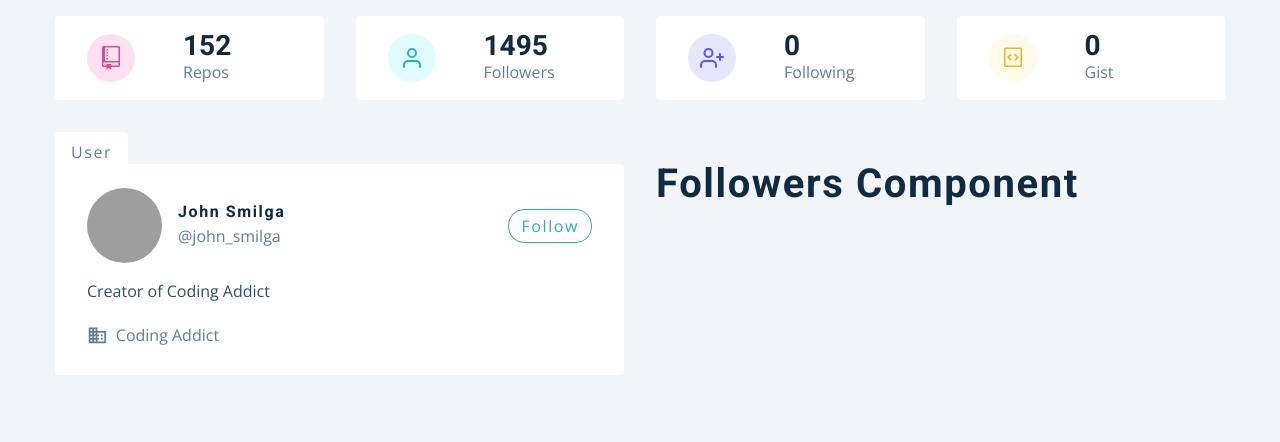
Repository: MateuszWorek/react-search-github-users
Page: /
The author's editor kept a copy of each file at every save. The page is drawn from the files as they stood at one save, then again after the next save.
The browser window is 1280 px wide. The pictures show the whole page.
Pictures or frames that could not be fetched are drawn as grey boxes. The project was rebuilt for these pictures with package versions that can differ from the ones it lists, and the page was loaded fresh each time. Also part of the build but not shown: src/components/Charts/ExampleChart.js, src/components/Charts/Column3D.js, src/components/Charts/Bar3D.js, src/components/Charts/Pie3D.js, src/components/Charts/Doughnut2d.js, src/components/Charts/index.js, src/components/Repos.js, src/components/Search.js and 5 more.

Above is the page before, as saved 2021-01-26 20:10:56.

### src/App.js
import React from 'react';
import { Dashboard, Login, PrivateRoute, AuthWrapper, Error } from './pages';
import { BrowserRouter as Router, Switch, Route } from 'react-router-dom';

function App() {
  return (
    <Router>
      <Switch>
        <Route path="/" exact={ true }>
          <Dashboard></Dashboard>
        </Route>
        <Route path="/login">
          <Login></Login>
        </Route>
        <Route path="*">
          <Error></Error>
        </Route>
      </Switch>
    </Router>
  );
}

export default App;

### src/context/context.js
import React, { useState, useEffect } from 'react';
import mockUser from './mockData.js/mockUser';
import mockRepos from './mockData.js/mockRepos';
import mockFollowers from './mockData.js/mockFollowers';
import axios from 'axios';

const rootUrl = 'https://api.github.com';

const GithubContext = React.createContext();

// Provider, Consumer - GithubContext.Provider

const GithubProvider = ({ children }) => {
    const [githubUser, setGithubUser] = useState(mockUser);
    const [repos, setRepos] = useState(mockRepos);
    const [followers, setFollowers] = useState(mockFollowers);

    return <GithubContext.Provider value={{ githubUser, repos, followers }}>{ children }</GithubContext.Provider>
};
export { GithubProvider, GithubContext };

### src/context/mockData.js/mockUser.js
export default {
  login: 'john-smilga',
  id: 42133389,
  node_id: 'MDQ6VXNlcjQyMTMzMzg5',
  avatar_url: 'https://avatars3.githubusercontent.com/u/42133389?v=4',
  gravatar_id: '',
  url: 'https://api.github.com/users/john-smilga',
  html_url: 'https://github.com/john-smilga',
  followers_url: 'https://api.github.com/users/john-smilga/followers',
  following_url:
    'https://api.github.com/users/john-smilga/following{/other_user}',
  gists_url: 'https://api.github.com/users/john-smilga/gists{/gist_id}',
  starred_url:
    'https://api.github.com/users/john-smilga/starred{/owner}{/repo}',
  subscriptions_url: 'https://api.github.com/users/john-smilga/subscriptions',
  organizations_url: 'https://api.github.com/users/john-smilga/orgs',
  repos_url: 'https://api.github.com/users/john-smilga/repos',
  events_url: 'https://api.github.com/users/john-smilga/events{/privacy}',
  received_events_url:
    'https://api.github.com/users/john-smilga/received_events',
  type: 'User',
  site_admin: false,
  name: 'John Smilga',
  company: 'Coding Addict',
  blog: 'www.johnsmilga.com',
  location: 'Los Angeles',
  email: null,
  hireable: null,
  bio: 'Creator of Coding Addict',
  twitter_username: 'john_smilga',
  public_repos: 152,
  public_gists: 0,
  followers: 1495,
  following: 0,
  created_at: '2018-08-06T06:48:23Z',
  updated_at: '2020-07-08T05:01:32Z',
};

### src/pages/Dashboard.js
import React from 'react';
import { Info, Repos, User, Search, Navbar } from '../components';
import loadingImage from '../images/preloader.gif';
import { GithubContext } from '../context/context';
const Dashboard = () => {
  return (
    <main>
      {/* <Navbar></Navbar> */}
      {/* <Search></Search> */}
      <Info></Info>
      <User></User>
      {/* <Repos></Repos> */}
    </main>
  );
};

export default Dashboard;

### src/components/Info.js
import React from 'react';
import { GithubContext } from '../context/context';
import styled from 'styled-components';
import { GoRepo, GoGist } from 'react-icons/go';
import { FiUser, FiUserPlus } from 'react-icons/fi';

const UserInfo = () => {
  const { githubUser } = React.useContext(GithubContext);
  const { public_repos, followers, following, public_gists} = githubUser;
  const items = [
    {
      id: 1,
      icon: <GoRepo className="icon" />,
      label: 'repos',
      value: public_repos,
      color: 'pink'
    },
    {
      id: 2,
      icon: <FiUser className="icon" />,
      label: 'followers',
      value: followers,
      color: 'green'
    },
    {
      id: 3,
      icon: <FiUserPlus className="icon" />,
      label: 'following',
      value: following,
      color: 'purple'
    },
    {
      id: 4,
      icon: <GoGist className="icon" />,
      label: 'gist',
      value: public_gists,
      color: 'yellow'
    },
  ];

  return (
    <section className="section">
      <Wrapper className="section-center">
        { items.map((item) => {
          return <Item key={ item.id } { ...item }></Item>
        }) }
      </Wrapper>
    </section>
  )
};

const Item = ({ icon, label, value, color }) => {
  return (
    <article className="item">
      <span className={ color }>{ icon }</span>
      <div>
        <h3>{ value }</h3>
        <p>{ label }</p>
      </div>
    </article>
  )
};

const Wrapper = styled.section`
  display: grid;
  grid-template-columns: repeat(auto-fill, minmax(200px, 1fr));
  gap: 1rem 2rem;
  @media (min-width: 640px) {
    grid-template-columns: repeat(auto-fill, minmax(260px, 1fr));
  }
  .item {
    border-radius: var(--radius);
    padding: 1rem 2rem;
    background: var(--clr-white);
    display: grid;
    grid-template-columns: auto 1fr;
    column-gap: 3rem;
    align-items: center;
    span {
      width: 3rem;
      height: 3rem;
      display: grid;
      place-items: center;
      border-radius: 50%;
    }
    .icon {
      font-size: 1.5rem;
    }
    h3 {
      margin-bottom: 0;
      letter-spacing: 0;
    }
    p {
      margin-bottom: 0;
      text-transform: capitalize;
    }
    .pink {
      background: #ffe0f0;
      color: #da4a91;
    }
    .green {
      background: var(--clr-primary-10);
      color: var(--clr-primary-5);
    }
    .purple {
      background: #e6e6ff;
      color: #5d55fa;
    }
    .yellow {
      background: #fffbea;
      color: #f0b429;
    }
  }
`;

export default UserInfo;

### src/components/User.js
import React from 'react';
import styled from 'styled-components';
import Card from './Card';
import Followers from './Followers';
const User = () => {
  return (
    <section className="section">
      <Wrapper className="section-center">
        <Card></Card>
        <Followers></Followers>
      </Wrapper>
    </section>
  );
};

const Wrapper = styled.div`
  padding-top: 2rem;
  display: grid;
  gap: 3rem 2rem;
  @media (min-width: 992px) {
    grid-template-columns: 1fr 1fr;
  }
  /* align-items: start; */
`;

export default User;

### src/components/Card.js
import React from 'react';
import { GithubContext } from '../context/context';
import styled from 'styled-components';
import { MdBusiness, MdLocationOn, MdLink } from 'react-icons/md';
const Card = () => {
  const { githubUser } = React.useContext(GithubContext);
  const { avatar_url, html_url, name, company, blog, bio, location, twitter_username } = githubUser;
  return (
    <Wrapper>
      <header>
        <img src={ avatar_url} alt={ name }/>
        <div>
          <h4>{ name }</h4>
          <p>@{ twitter_username || 'john doe'}</p>
        </div>
        <a href={ html_url }>follow</a>
      </header>
      <p className="bio">{ bio }</p>
      <div className="links">
        <p><MdBusiness></MdBusiness>{ company }</p>
      </div>
    </Wrapper>
  );
};
const Wrapper = styled.article`
  background: var(--clr-white);
  padding: 1.5rem 2rem;
  border-top-right-radius: var(--radius);
  border-bottom-left-radius: var(--radius);
  border-bottom-right-radius: var(--radius);
  position: relative;
  &::before {
    content: 'user';
    position: absolute;
    top: 0;
    left: 0;
    transform: translateY(-100%);
    background: var(--clr-white);
    color: var(--clr-grey-5);
    border-top-right-radius: var(--radius);
    border-top-left-radius: var(--radius);
    text-transform: capitalize;
    padding: 0.5rem 1rem 0 1rem;
    letter-spacing: var(--spacing);
    font-size: 1rem;
  }
  header {
    display: grid;
    grid-template-columns: auto 1fr auto;
    align-items: center;
    column-gap: 1rem;
    margin-bottom: 1rem;
    img {
      width: 75px;
      height: 75px;
      border-radius: 50%;
    }
    h4 {
      margin-bottom: 0.25rem;
    }
    p {
      margin-bottom: 0;
    }
    a {
      color: var(--clr-primary-5);
      border: 1px solid var(--clr-primary-5);
      padding: 0.25rem 0.75rem;
      border-radius: 1rem;
      text-transform: capitalize;
      letter-spacing: var(--spacing);
      transition: var(--transition);
      cursor: pointer;
      &:hover {
        background: var(--clr-primary-5);
        color: var(--clr-white);
      }
    }
  }
  .bio {
    color: var(--clr-grey-3);
  }
  .links {
    p,
    a {
      margin-bottom: 0.25rem;
      display: flex;
      align-items: center;
      svg {
        margin-right: 0.5rem;
        font-size: 1.3rem;
      }
    }
    a {
      color: var(--clr-primary-5);
      transition: var(--transition);
      svg {
        color: var(--clr-grey-5);
      }
      &:hover {
        color: var(--clr-primary-3);
      }
    }
  }
`;
export default Card;

### src/components/Followers.js
import React from 'react';
import { GithubContext } from '../context/context';
import styled from 'styled-components';

const Followers = () => {
  return <h2>followers component</h2>;
};

const Wrapper = styled.article`
  background: var(--clr-white);
  border-top-right-radius: var(--radius);
  border-bottom-left-radius: var(--radius);
  border-bottom-right-radius: var(--radius);
  position: relative;

  &::before {
    content: ' followers';
    position: absolute;
    top: 0;
    left: 0;
    transform: translateY(-100%);
    background: var(--clr-white);
    color: var(--clr-grey-5);
    border-top-right-radius: var(--radius);
    border-top-left-radius: var(--radius);
    text-transform: capitalize;
    padding: 0.5rem 1rem 0 1rem;
    letter-spacing: var(--spacing);
    font-size: 1rem;
  }
  .followers {
    overflow: scroll;
    height: 260px;
    display: grid;
    grid-template-rows: repeat(auto-fill, minmax(45px, 1fr));
    gap: 1.25rem 1rem;
    padding: 1rem 2rem;
  }
  article {
    transition: var(--transition);
    padding: 0.15rem 0.5rem;
    border-radius: var(--radius);
    display: grid;
    grid-template-columns: auto 1fr;
    align-items: center;
    column-gap: 1rem;
    img {
      height: 100%;
      width: 45px;
      border-radius: 50%;
      object-fit: cover;
    }
    h4 {
      margin-bottom: 0;
    }
    a {
      color: var(--clr-grey-5);
    }
  }
`;
export default Followers;

Loaded but not shown: public/index.html (common file); src/index.js (common file); src/index.css (common file); src/serviceWorker.js (common file); src/pages/index.js (common file); src/context/mockData.js/mockRepos.js (library); src/components/index.js (common file); src/context/mockData.js/mockFollowers.js (676 lines, source omitted)

After the next save:
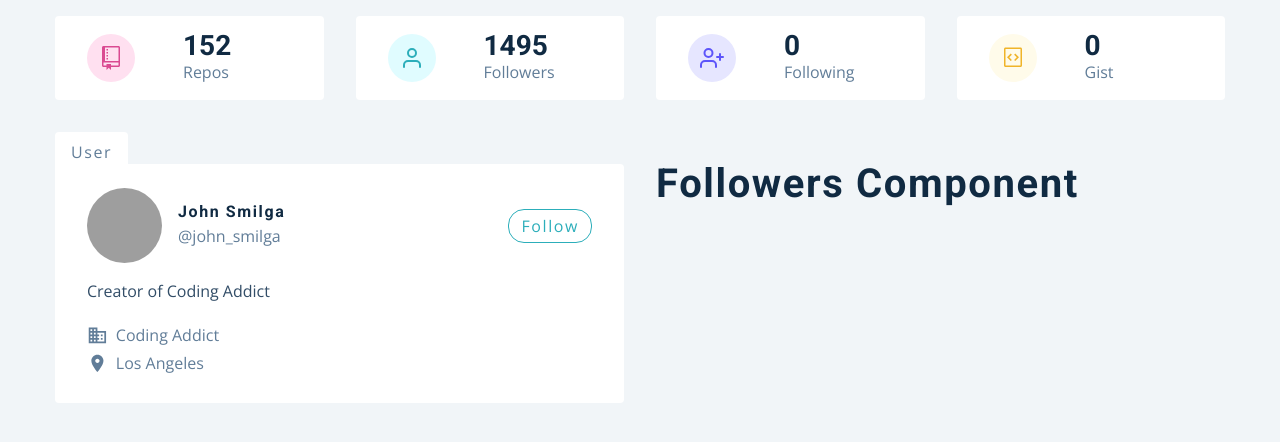
Saved 34 s later.
--- a/src/components/Card.js
+++ b/src/components/Card.js
@@ -18,6 +18,7 @@ const Card = () => {
       <p className="bio">{ bio }</p>
       <div className="links">
         <p><MdBusiness></MdBusiness>{ company }</p>
+        <p><MdLocationOn></MdLocationOn>{ location }</p>
       </div>
     </Wrapper>
   );
